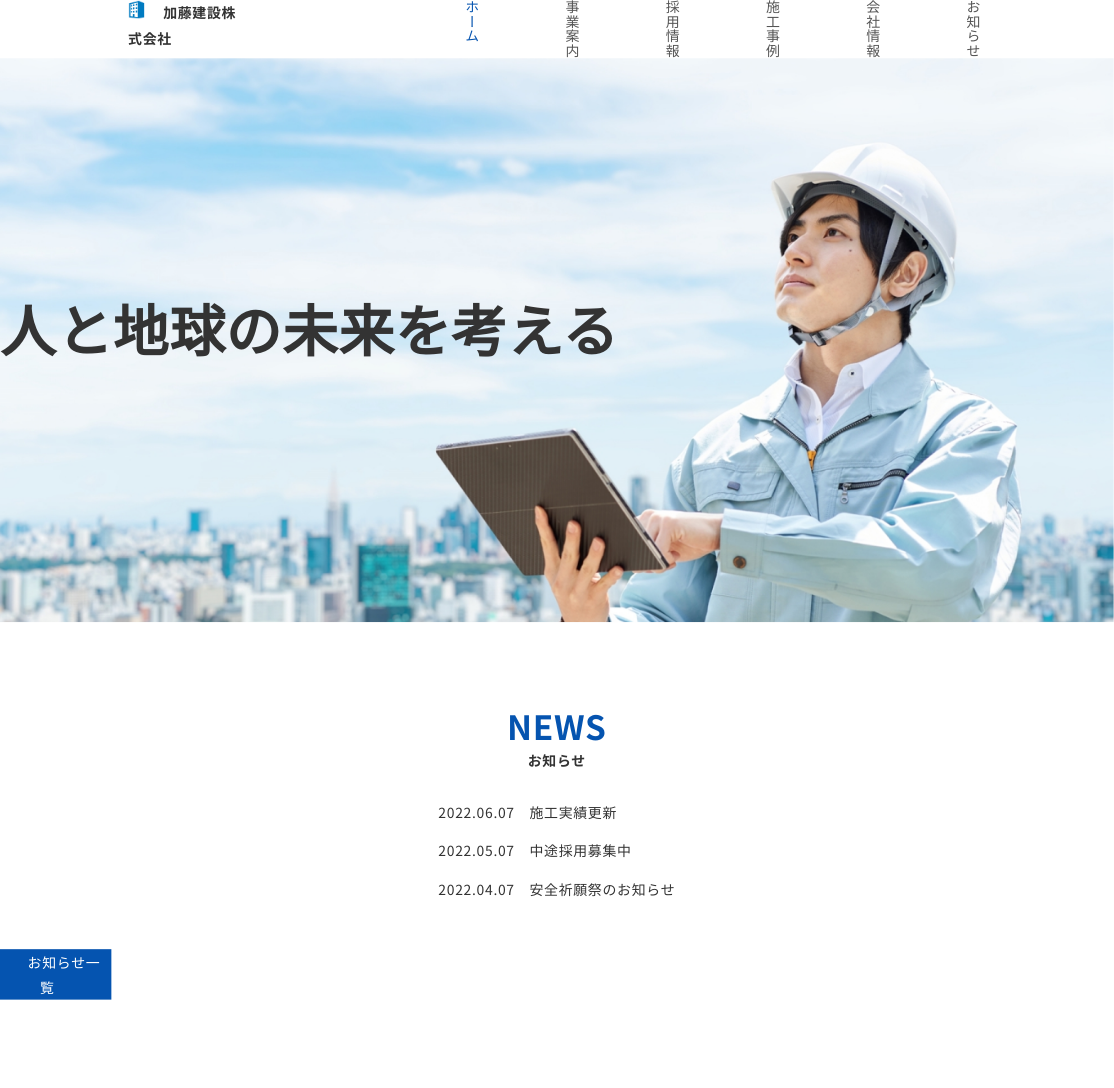
Repository: nozomi-23/hp1_test
Page: index.html
These files come from the project's save history. The page is drawn as it stood at one moment and after a run of saves; the edit follows.
The browser window is 1280 px wide. The pictures show the whole page, at 87% of full size.

Above is the page before, as saved 2022-06-12 11:15:01.

After the next 2 saves:
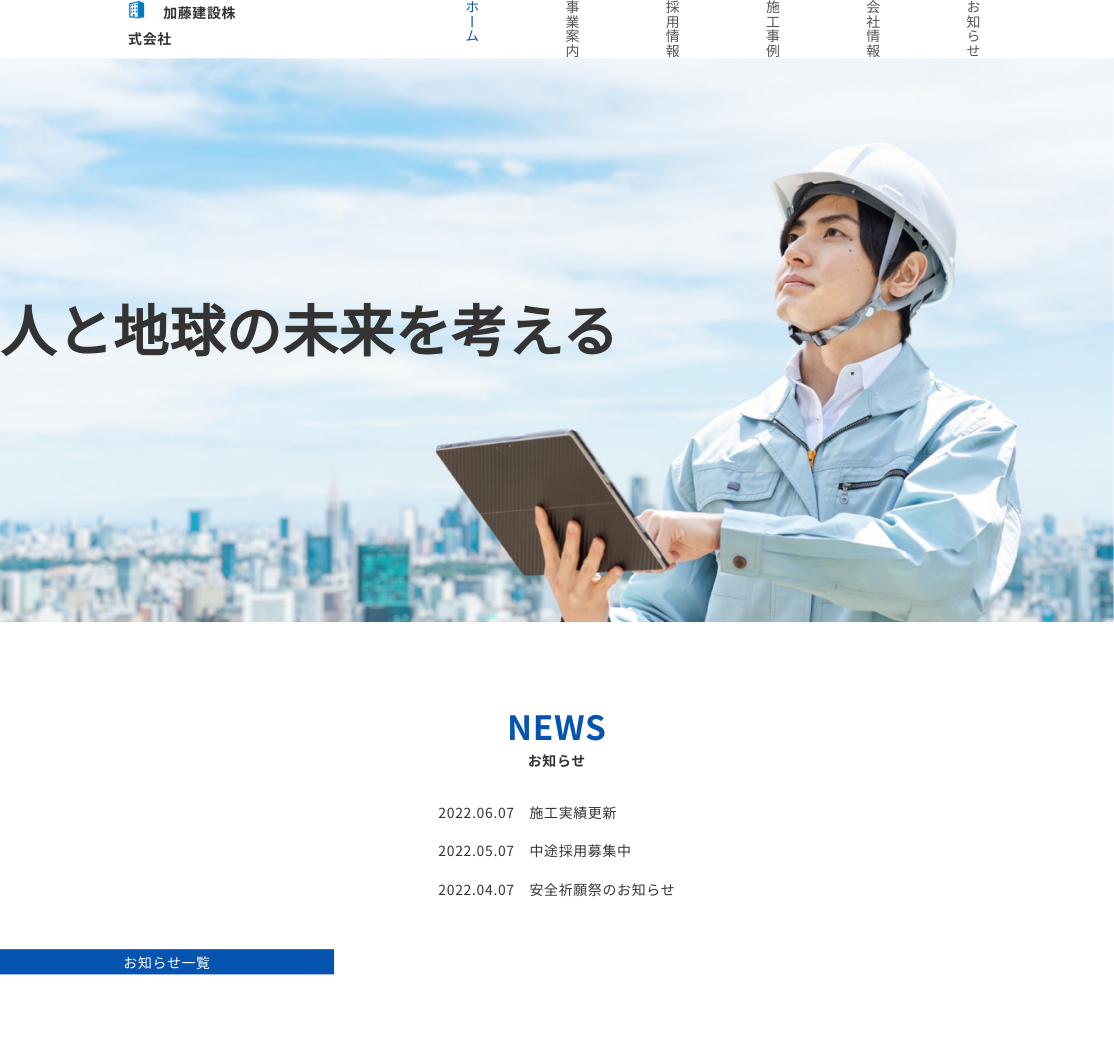
The 2 saves are shown as one change because they came seconds apart.
The last was saved 13 s later.
--- a/css/common1.css
+++ b/css/common1.css
@@ -33,7 +33,7 @@ a {
 /* ボタン */
 .btn {
   background-color: #0554B0;
-  width: 10%;
+  width: 30%;
 
 }
 .btn a {
